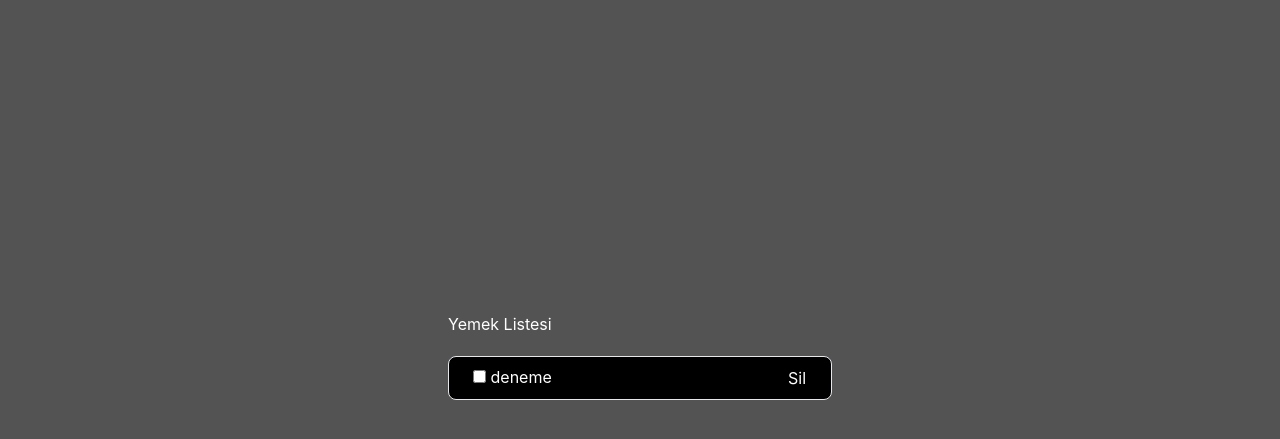
Repository: muratyildiz63/Composition-API-Nedir-todo-list
Page: /
An editor plug-in stored every save of this project. The page is shown before and after a run of saves, followed by the edit.
The browser window is 1280 px wide. The pictures show the whole page.
The project was rebuilt for these pictures with package versions that can differ from the ones it lists, and the page was loaded fresh each time. Also part of the build but not shown: vite.config.js.

Above is the page before, as saved 2022-08-15 18:56:08.

After the next 2 saves:
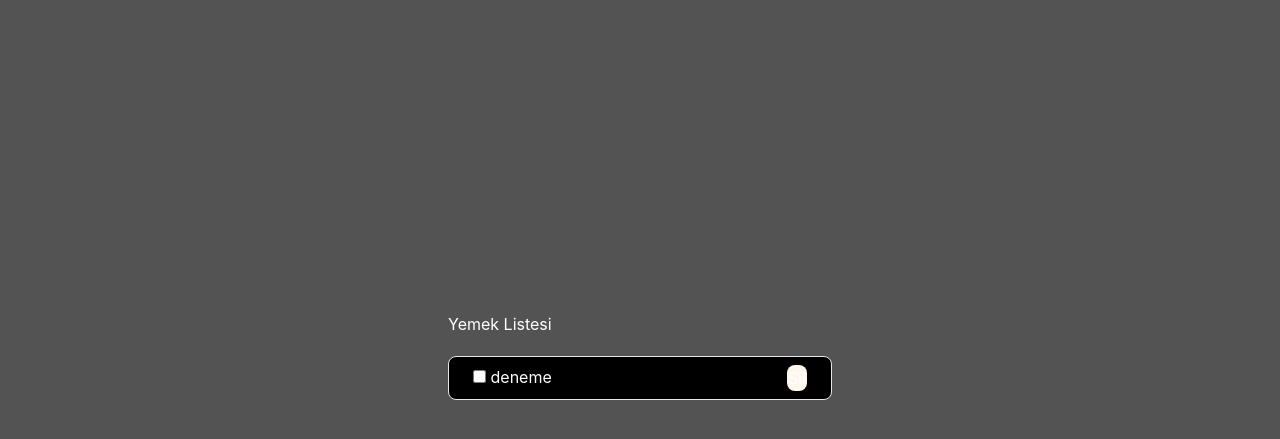
The 2 saves are shown as one change because they came seconds apart.
The last was saved 68 s later.
--- a/src/App.vue
+++ b/src/App.vue
@@ -24,7 +24,7 @@
           <label for="compluted">
             <input type="checkbox" name="" id="compluted" /> deneme
           </label>
-          <button class="bg-Rose-700">Sil</button>
+          <button class="bg-orange-50">Sil</button>
         </div>
       </div>
     </div>
